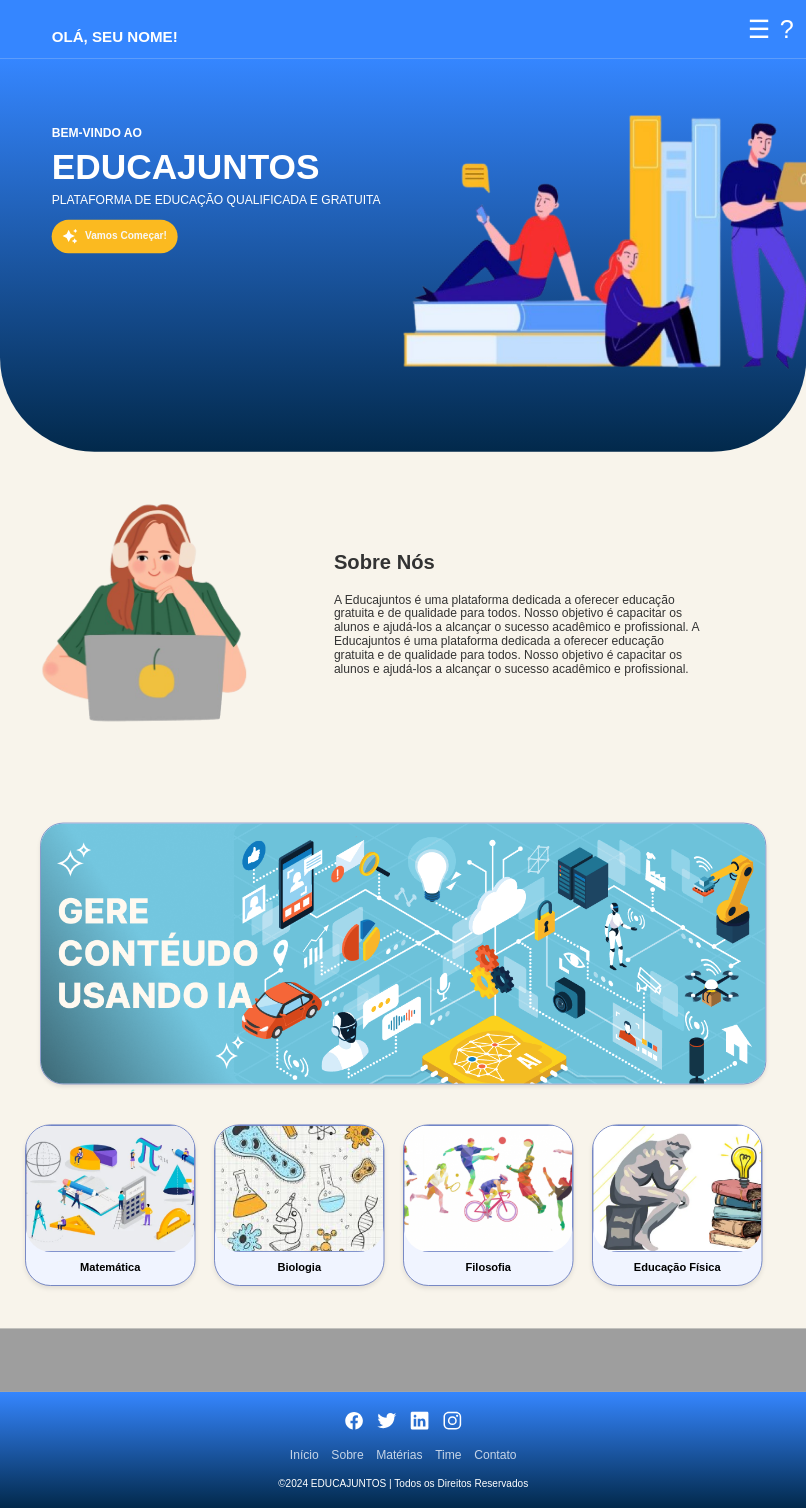
Repository: Matheus904-12/EDUCAJUNTOS
Page: inicio/index.html
An editor plug-in stored every save of this project. The page is shown before and after a run of saves, followed by the edit.
The browser window is 1280 px wide. The pictures show the whole page, at 63% of full size.
Pictures or frames that could not be fetched are drawn as grey boxes.

Above is the page before, as saved 2024-10-28 21:11:57.

### inicio/index.html
<!DOCTYPE html>
<html lang="pt-BR">

<head>
    <meta charset="UTF-8">
    <meta name="viewport" content="width=device-width, initial-scale=1.0">
    <title>Educajuntos</title>
    <link rel="stylesheet" href="style.css">
</head>

<body>
    <header>
        <h1>OLÁ, SEU NOME!</h1>
        <nav>
            <button class="menu-btn">&#9776;</button>
            <button class="help-btn">?</button>
            <div class="dropdown-menu">
                <a href="#home">Início</a>
                <a href="#sobre">Sobre</a>
                <a href="#materias">Matérias</a>
                <a href="#time">Time</a>
                <a href="#contato">Contato</a>
                <a href="mailto:seuemail@gmail.com">Ajuda</a>
            </div>
        </nav>
    </header>

    <section class="hero">
        <h2>BEM-VINDO AO</h2>
        <h3>EDUCAJUNTOS</h3>
        <p>PLATAFORMA DE EDUCAÇÃO QUALIFICADA E GRATUITA</p>
        <button class="btn">
            <svg height="24" width="24" fill="#FFFFFF" viewBox="0 0 24 24" data-name="Layer 1" id="Layer_1"
                class="sparkle">
                <path
                    d="M10,21.236,6.755,14.745.264,11.5,6.755,8.255,10,1.764l3.245,6.491L19.736,11.5l-6.491,3.245ZM18,21l1.5,3L21,21l3-1.5L21,18l-1.5-3L18,18l-3,1.5ZM19.333,4.667,20.5,7l1.167-2.333L24,3.5,21.667,2.333,20.5,0,19.333,2.333,17,3.5Z">
                </path>
            </svg>

            <span class="text">Vamos Começar!</span>
        </button>
        <div class="hero-image">
            <img src="../image/1.png" alt="Imagem ilustrativa de pessoas estudando">
        </div>

    </section>


    <section class="about">
        <div class="about-content">
            <img src="../image/8.png" alt="Imagem ilustrativa" class="about-image">
            <div class="about-text">
                <h2>Sobre Nós</h2>
                <p>A Educajuntos é uma plataforma dedicada a oferecer educação gratuita e de qualidade para todos. Nosso
                    objetivo é capacitar os alunos e ajudá-los a alcançar o sucesso acadêmico e profissional.
                    A Educajuntos é uma plataforma dedicada a oferecer educação gratuita e de qualidade para todos. Nosso
                    objetivo é capacitar os alunos e ajudá-los a alcançar o sucesso acadêmico e profissional.</p>
            </div>
        </div>
    </section>
    <br>
    <br>
    <br>

    <main>

        <div class="category-card large">
            <img src="../image/7.png" alt="IA">
        </div>

        <section class="categories">
            <div class="category-card">
                <img src="../image/2.png" alt="Matemática">
                <p>Matemática</p>
                <br>
            </div>
            <div class="category-card">
                <img src="../image/3.png" alt="Biologia">
                <p>Biologia</p>
                <br>
            </div>
            <div class="category-card">
                <img src="../image/6.png" alt="Filosofia">
                <p>Filosofia</p>
                <br>
            </div>
            <div class="category-card">
                <img src="../image/5.png" alt="Educação Física">
                <p>Educação Física</p>
                <br>
            </div>
        </section>
    </main>

    <footer class="footer">
        <div class="waves">
            <div class="wave" id="wave1"></div>
            <div class="wave" id="wave2"></div>
            <div class="wave" id="wave3"></div>
            <div class="wave" id="wave4"></div>
        </div>
        <ul class="social-icon">
            <li class="social-icon__item"><a class="social-icon__link" href="#">
                    <ion-icon name="logo-facebook"></ion-icon>
                </a></li>
            <li class="social-icon__item"><a class="social-icon__link" href="#">
                    <ion-icon name="logo-twitter"></ion-icon>
                </a></li>
            <li class="social-icon__item"><a class="social-icon__link" href="#">
                    <ion-icon name="logo-linkedin"></ion-icon>
                </a></li>
            <li class="social-icon__item"><a class="social-icon__link" href="#">
                    <ion-icon name="logo-instagram"></ion-icon>
                </a></li>
        </ul>
        <ul class="menu">
            <li class="menu__item"><a class="menu__link" href="#">Início</a></li>
            <li class="menu__item"><a class="menu__link" href="#">Sobre</a></li>
            <li class="menu__item"><a class="menu__link" href="#">Matérias</a></li>
            <li class="menu__item"><a class="menu__link" href="#">Time</a></li>
            <li class="menu__item"><a class="menu__link" href="#">Contato</a></li>

        </ul>
        <p>&copy;2024 EDUCAJUNTOS | Todos os Direitos Reservados</p>
    </footer>
    <script type="module" src="https://unpkg.com/ionicons@5.5.2/dist/ionicons/ionicons.esm.js"></script>
    <script nomodule src="https://unpkg.com/ionicons@5.5.2/dist/ionicons/ionicons.js"></script>

    <script>
        // Redireciona para a tela de login ao clicar no botão "Vamos Começar"
        function goToLogin() {
            window.location.href = "tela-de-login.html"; // Substitua com o caminho correto da sua página de login
        }

        // Controla o dropdown do menu hamburguer
        document.addEventListener("DOMContentLoaded", function () {
            const menuBtn = document.querySelector(".menu-btn");
            const dropdownMenu = document.querySelector(".dropdown-menu");

            menuBtn.addEventListener("click", () => {
                // Alterna a visibilidade do menu dropdown
                if (dropdownMenu.style.display === "none" || dropdownMenu.style.display === "") {
                    dropdownMenu.style.display = "flex";
                    dropdownMenu.style.flexDirection = "column";
                    dropdownMenu.style.gap = "10px";
                } else {
                    dropdownMenu.style.display = "none";
                }
            });
        });
    </script>


</body>

</html>

### inicio/style.css
* {
    margin: 0;
    padding: 0;
    box-sizing: border-box;
    font-family: Arial, sans-serif;
}

body {
    background-color: #F8F4EB;
    color: #333;
}

header {
    background-color: #3586ff;
    color: #fff;
    padding: 20px;
    display: flex;
    justify-content: space-between;
    align-items: center;
}

header h1 {
    font-size: 1.5em;
    margin-left: 5%;
    margin-top: 2%;
}

nav {
    display: flex;
    gap: 15px;
}

.menu-btn,
.help-btn {
    background: none;
    border: none;
    color: #fff;
    font-size: 2.5em;
    cursor: pointer;
}

/* Hero Section with Rounded Bottom Borders and Centered Image */
.hero {
    background: linear-gradient(#3586ff, #02294b);
    color: #fff;
    padding: 45px 20px;
    border-bottom-left-radius: 150px;
    border-bottom-right-radius: 150px;
    position: relative;
    display: flex;
    flex-direction: column;
    align-items: flex-start;
    overflow: hidden;

}

.hero h2 {
    font-size: 1.2em;
    margin-bottom: 10px;
    font-weight: bold;
    margin-left: 5%;
    margin-top: 5%;
}

.hero h3 {
    font-size: 3.5em;
    margin-bottom: 10px;
    font-weight: bold;
    margin-left: 5%;
}

.hero p {
    font-size: 1.2em;
    margin-bottom: 20px;
    margin-left: 5%;
}

.hero-image {
    display: flex;
    margin-left: 45%;
    width: 782px;
    height: 580px;
    margin-top: -25%;
}

.hero-image img {
    width: 100%;
    height: auto;
    border-radius: 0 0 150px 150px;
}

/* Categories Section */
.categories {
    display: grid;
    grid-template-columns: repeat(4, 1fr);
    gap: 0px;
    padding: 40px;
}

.category-card {
    background-color: #F0F4FF;
    /* Cor de fundo suave */
    border: 1px solid #334EAC;
    /* Contorno azul */
    border-radius: 40px;
    text-align: center;
    box-shadow: 0px 4px 8px rgba(0, 0, 0, 0.1);
    width: 90%;
    height: 100%;

}

.category-card img {
    width: 100%;
    border-radius: 40px;
    margin-top: 0px;
}

.category-card p {
    margin-top: 10px;
    font-size: 1.1em;
    font-weight: bold;
    color: #000000;
}

/* Ajuste do card para o modo grande */
.category-card.large {
    grid-column: span 2;
    display: flex;
    justify-content: center;
    align-items: center;
    font-size: 1.5em;
    font-weight: bold;
    width: 100%;
    transform: scale(90%);
    border-radius: 40px;
}

/* From Uiverse.io by AlimurtuzaCodes */
.btn {
    border: none;
    width: 15em;
    height: 4em;
    border-radius: 3em;
    display: flex;
    justify-content: center;
    align-items: center;
    gap: 12px;
    background: #fbba20;
    cursor: pointer;
    transition: all 450ms ease-in-out;
    margin-left: 5%;
}

.sparkle {
    fill: #ffffff;
    transition: all 800ms ease;
}

.text {
    font-weight: 600;
    color: #f8f8f8;
    font-size: medium;
}

.btn:hover {
    background: linear-gradient(0deg, #cca152);
    box-shadow: inset 0px 1px 0px 0px rgba(255, 255, 255, 0.4),
        inset 0px -4px 0px 0px rgba(0, 0, 0, 0.2),
        0px 0px 0px 4px rgba(255, 255, 255, 0.2),
        0px 0px 180px 0px #334EAC;
    transform: translateY(-2px);
}

.btn:hover .text {
    color: white;
}

.btn:hover .sparkle {
    fill: white;
    transform: scale(1.2);
}

.footer {
    position: relative;
    width: 100%;
    background: linear-gradient(#3586ff, #02294b);
    min-height: 100px;
    padding: 20px 50px;
    display: flex;
    justify-content: center;
    align-items: center;
    flex-direction: column;
    margin-top: 10%;
}

.social-icon,
.menu {
    position: relative;
    display: flex;
    justify-content: center;
    align-items: center;
    margin: 10px 0;
    flex-wrap: wrap;
}

.social-icon__item,
.menu__item {
    list-style: none;
}

.social-icon__link {
    font-size: 2rem;
    color: #fff;
    margin: 0 10px;
    display: inline-block;
    transition: 0.5s;
}

.social-icon__link:hover {
    transform: translateY(-10px);
}

.menu__link {
    font-size: 1.2rem;
    color: #fff;
    margin: 0 10px;
    display: inline-block;
    transition: 0.5s;
    text-decoration: none;
    opacity: 0.75;
    font-weight: 300;
}

.menu__link:hover {
    opacity: 1;
}

.footer p {
    color: #fff;
    margin: 15px 0 10px 0;
    font-size: 1rem;
    font-weight: 300;
}

.wave {
    position: absolute;
    top: -100px;
    left: 0;
    width: 100%;
    height: 100px;
    background: url("https://i.ibb.co/wQZVxxk/wave.png");
    background-size: 1000px 100px;
}

.wave#wave1 {
    z-index: 1000;
    opacity: 1;
    bottom: 0;
    animation: animateWaves 4s linear infinite;
}

.wave#wave2 {
    z-index: 999;
    opacity: 0.5;
    bottom: 10px;
    animation: animate 4s linear infinite !important;
}

.wave#wave3 {
    z-index: 1000;
    opacity: 0.2;
    bottom: 15px;
    animation: animateWaves 3s linear infinite;
}

.wave#wave4 {
    z-index: 999;
    opacity: 0.7;
    bottom: 20px;
    animation: animate 3s linear infinite;
}

@keyframes animateWaves {
    0% {
        background-position-x: 1000px;
    }

    100% {
        background-positon-x: 0px;
    }
}

@keyframes animate {
    0% {
        background-position-x: -1000px;
    }

    100% {
        background-positon-x: 0px;
    }
}

/* Estilo para a seção Sobre Nós */
.about {
    display: flex;
    align-items: center;
    justify-content: center;
    padding: 60px;
}

.about-content {
    display: flex;
    align-items: center;
    gap: 20px;
}

.about-image {
    width: 350px;
    border-radius: 10px;
    left: 15px;
}

.about-text h2 {
    font-size: 2em;
    margin-bottom: 10px;
    padding: 10px 100px;
}

.about-text p {
    font-size: 1.2em;
    color: #333;
    padding: 10px 100px;
}

/* Estilo do menu dropdown */
.dropdown-menu {
    display: none;
    position: absolute;
    top: 60px;
    right: 20px;
    background-color: #3586ff;
    padding: 10px;
    border-radius: 8px;
    box-shadow: 0 4px 8px rgba(0, 0, 0, 0.2);
    z-index: 100;
    flex-direction: column;
    gap: 10px;
}

.dropdown-menu a {
    color: white;
    text-decoration: none;
    padding: 8px;
    display: block;
    text-align: center;
    background-color: #02294b;
    border-radius: 4px;
    transition: background-color 0.3s;
}

.dropdown-menu a:hover {
    background-color: #1e4e8c;
}

/* Exibir menu dropdown ao clicar */
.menu-btn.active + .dropdown-menu {
    display: flex;
}

After the next 2 saves:
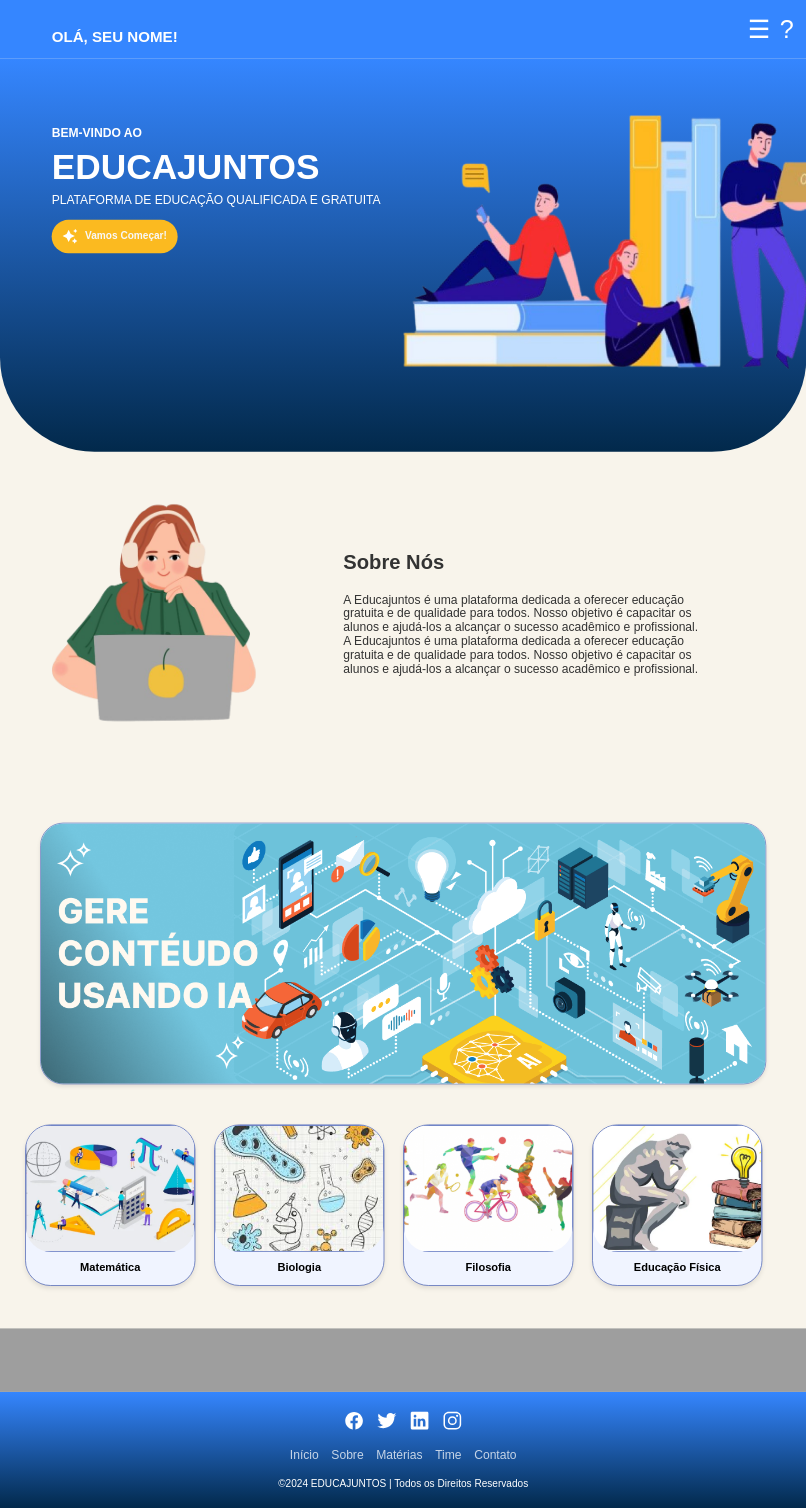
The 2 saves are shown as one change because they came seconds apart.
The last was saved 8 s later.
--- a/inicio/style.css
+++ b/inicio/style.css
@@ -318,7 +318,7 @@ nav {
 .about-image {
     width: 350px;
     border-radius: 10px;
-    left: 15px;
+    margin-left: 15px;
 }
 
 .about-text h2 {
